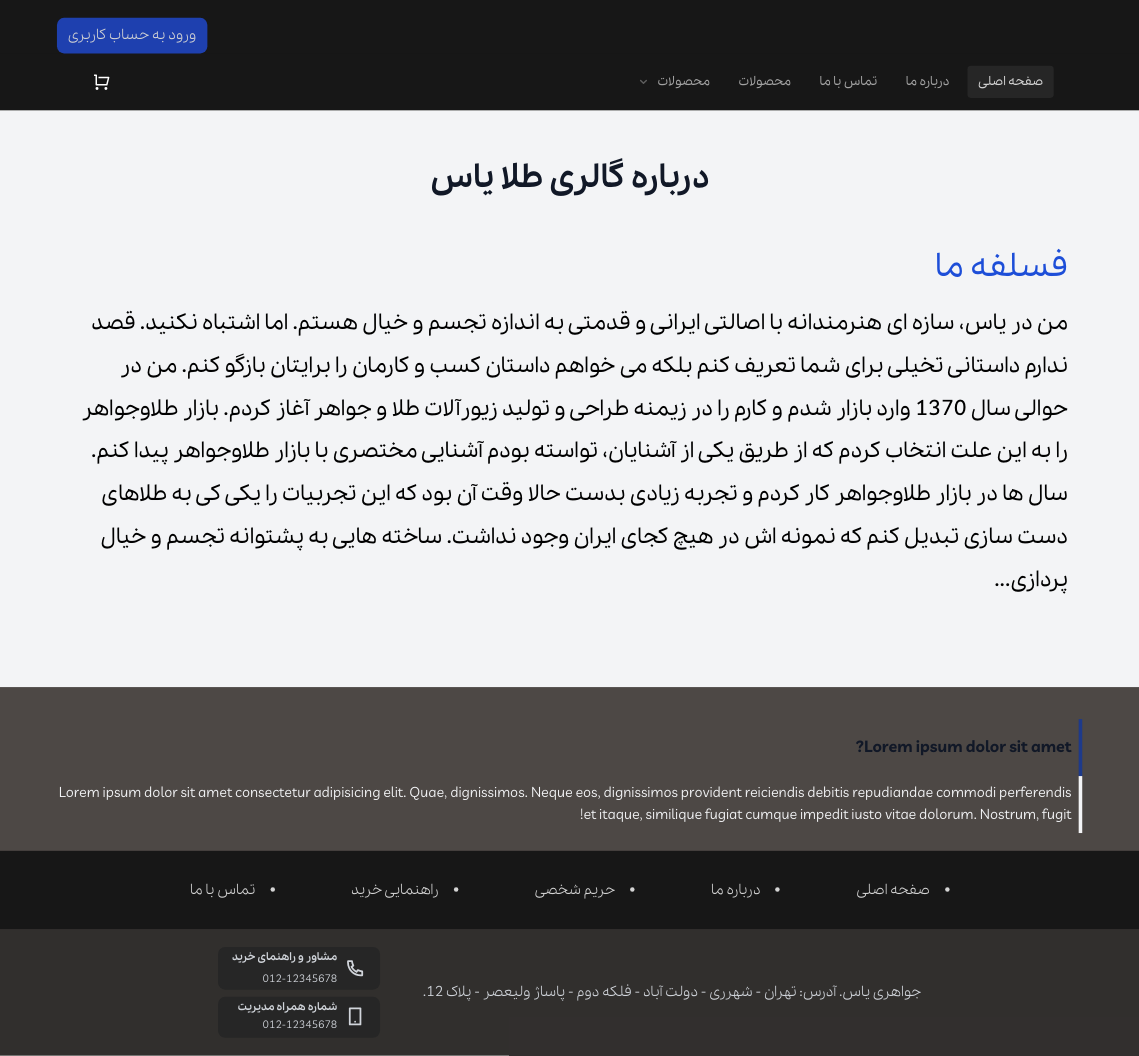
Repository: aliakbarmotallebi/yasgoldgallery-ui
Page: /about
An editor plug-in stored every save of this project. The page is shown before and after the next save, followed by the edit.
The browser window is 1280 px wide. The pictures show the whole page, at 89% of full size.
The project was rebuilt for these pictures with package versions that can differ from the ones it lists, and the page was loaded fresh each time. Also part of the build but not shown: src/components/Brands.jsx, src/components/GridImages.js, src/components/SpecialComments.jsx, src/components/CardProduct.jsx, src/components/SpecialProducts.jsx, src/components/SuggestedProducts.jsx, src/pages/HomePage.jsx, src/pages/NotFound.jsx and 4 more.

Above is the page before, as saved 2023-01-16 12:20:09.

### public/index.html
<!DOCTYPE html>
<html lang="en" dir="rtl">
  <head>
    <meta charset="utf-8" />
    <link rel="icon" href="%PUBLIC_URL%/favicon.ico" />
    <meta name="viewport" content="width=device-width, initial-scale=1" />
    <meta name="theme-color" content="#000000" />
    <meta
      name="description"
      content="Web site created using create-react-app"
    />
    <link rel="apple-touch-icon" href="%PUBLIC_URL%/logo192.png" />
    <!--
      manifest.json provides metadata used when your web app is installed on a
      user's mobile device or desktop. See https://developers.google.com/web/fundamentals/web-app-manifest/
    -->
    <link rel="manifest" href="%PUBLIC_URL%/manifest.json" />
    <!--
      Notice the use of %PUBLIC_URL% in the tags above.
      It will be replaced with the URL of the `public` folder during the build.
      Only files inside the `public` folder can be referenced from the HTML.

      Unlike "/favicon.ico" or "favicon.ico", "%PUBLIC_URL%/favicon.ico" will
      work correctly both with client-side routing and a non-root public URL.
      Learn how to configure a non-root public URL by running `npm run build`.
    -->
    <title>گالری یاس</title>
  </head>
  <body>
    <noscript>You need to enable JavaScript to run this app.</noscript>
    <div id="root"></div>
    <!--
      This HTML file is a template.
      If you open it directly in the browser, you will see an empty page.

      You can add webfonts, meta tags, or analytics to this file.
      The build step will place the bundled scripts into the <body> tag.

      To begin the development, run `npm start` or `yarn start`.
      To create a production bundle, use `npm run build` or `yarn build`.
    -->
  </body>
</html>

### src/index.js
import React from 'react';
import ReactDOM from 'react-dom/client';
import './assets/styles/index.css';
import App from './App';

const root = ReactDOM.createRoot(document.getElementById('root'));
root.render(
  <React.StrictMode>
    <App />
  </React.StrictMode>
);

### src/assets/styles/index.css
@import "./fonts.css";
@tailwind base;
@tailwind components;
@tailwind utilities;


@layer base {
    body {
        @apply font-pelak;
    }
}

### src/App.js
import RouterFunction from "./Router";

function App() {
    //cart
    return (
        <RouterFunction />
    );
}
export default App;

### src/assets/styles/fonts.css
@font-face {
    /* Pelak Thin */
    font-family: "Pelak";
    font-style: normal;
    font-weight: 100;

    src:url('../fonts/pelak/eot/Pelak-Thin.eot'); /* IE9 Compat Modes */
    src:url('../fonts/pelak/eot/Pelak-Thin.eot?#iefix') format('embedded-opentype'), /* IE6-IE8 */
    url('../fonts/pelak/woff2/Pelak-Thin.woff2') format('woff2'), /* Super Modern Browsers */
    url('../fonts/pelak/woff/Pelak-Thin.woff') format('woff'), /* Pretty Modern Browsers */
    url('../fonts/pelak/ttf/Pelak-Thin.ttf') format('truetype'), /* Safari, Android, iOS */
    url('../fonts/pelak/otf/Pelak-Thin.otf') format('opentype');
}

@font-face {
    /* Pelak Light */
    font-family: "Pelak";
    font-style: normal;
    font-weight: 200;

    src:url('../fonts/pelak/eot/Pelak-light.eot');
    src:url('../fonts/pelak/eot/Pelak-light.eot') format('embedded-opentype'),
    url('../fonts/pelak/woff2/Pelak-light.woff2') format('woff2'),
    url('../fonts/pelak/woff/Pelak-light.woff') format('woff'),
    url('../fonts/pelak/ttf/Pelak-light.ttf') format('truetype'),
    url('../fonts/pelak/otf/Pelak-light.otf') format('opentype');
}

@font-face {
    /* Pelak Regular */
    font-family: "Pelak";
    font-style: normal;
    font-weight: 400;

    src:url('../fonts/pelak/eot/Pelak-Regular.eot');
    src:url('../fonts/pelak/eot/Pelak-Regular.eot') format('embedded-opentype'),
    url('../fonts/pelak/woff2/Pelak-Regular.woff2') format('woff2'),
    url('../fonts/pelak/woff/Pelak-Regular.woff') format('woff'),
    url('../fonts/pelak/ttf/Pelak-Regular.ttf') format('truetype'),
    url('../fonts/pelak/otf/Pelak-Regular.otf') format('opentype');
}

@font-face {
    /* Pelak Medium */
    font-family: "Pelak";
    font-style: normal;
    font-weight: 500;

    src:url('../fonts/pelak/eot/Pelak-Medium.eot');
    src:url('../fonts/pelak/eot/Pelak-Medium.eot') format('embedded-opentype'),
    url('../fonts/pelak/woff2/Pelak-Medium.woff2') format('woff2'),
    url('../fonts/pelak/woff/Pelak-Medium.woff') format('woff'),
    url('../fonts/pelak/ttf/Pelak-Medium.ttf') format('truetype'),
    url('../fonts/pelak/otf/Pelak-Medium.otf') format('opentype');
}

@font-face {
    /* Pelak Semi-Bold */
    font-family: "Pelak";
    font-style: normal;
    font-weight: 600;

    src:url('../fonts/pelak/eot/Pelak-SemiBold.eot');
    src:url('../fonts/pelak/eot/Pelak-SemiBold.eot') format('embedded-opentype'),
    url('../fonts/pelak/woff2/Pelak-SemiBold.woff2') format('woff2'),
    url('../fonts/pelak/woff/Pelak-SemiBold.woff') format('woff'),
    url('../fonts/pelak/ttf/Pelak-SemiBold.ttf') format('truetype'),
    url('../fonts/pelak/otf/Pelak-SemiBold.otf') format('opentype');
}

@font-face {
    /* Pelak Bold */
    font-family: "Pelak";
    font-style: normal;
    font-weight: 700;

    src:url('../fonts/pelak/eot/Pelak-Bold.eot');
    src:url('../fonts/pelak/eot/Pelak-Bold.eot') format('embedded-opentype'),
    url('../fonts/pelak/woff2/Pelak-Bold.woff2') format('woff2'),
    url('../fonts/pelak/woff/Pelak-Bold.woff') format('woff'),
    url('../fonts/pelak/ttf/Pelak-Bold.ttf') format('truetype'),
    url('../fonts/pelak/otf/Pelak-Bold.otf') format('opentype');
}

@font-face {
    /* Pelak Extra-Bold */
    font-family: "Pelak";
    font-style: normal;
    font-weight: 800;

    src:url('../fonts/pelak/eot/Pelak-ExtraBold.eot');
    src:url('../fonts/pelak/eot/Pelak-ExtraBold.eot') format('embedded-opentype'),
    url('../fonts/pelak/woff2/Pelak-ExtraBold.woff2') format('woff2'),
    url('../fonts/pelak/woff/Pelak-ExtraBold.woff') format('woff'),
    url('../fonts/pelak/ttf/Pelak-ExtraBold.ttf') format('truetype'),
    url('../fonts/pelak/otf/Pelak-ExtraBold.otf') format('opentype');
}

@font-face {
    /* Pelak Black */
    font-family: "Pelak";
    font-style: normal;
    font-weight: 900;

    src:url('../fonts/pelak/eot/Pelak-Black.eot');
    src:url('../fonts/pelak/eot/Pelak-Black.eot') format('embedded-opentype'),
    url('../fonts/pelak/woff2/Pelak-Black.woff2') format('woff2'),
    url('../fonts/pelak/woff/Pelak-Black.woff') format('woff'),
    url('../fonts/pelak/ttf/Pelak-Black.ttf') format('truetype'),
    url('../fonts/pelak/otf/Pelak-Black.otf') format('opentype');
}

### src/components/Layout.jsx
import Footer from "./Footer";
import Header from "./Header";

const Layout = ({children}) => {
    return (
        <>
            <div
                className="flex flex-col mx-auto w-full min-h-screen bg-[#4d4845] text-neutral-300">
                <Header />
                <main className="flex-grow">
                    {children}
                </main>
                <Footer />
            </div>
        </>
    );
}
export default Layout;

### src/pages/AboutPage.jsx
const AboutPage = () => {
    return (
        <>
            <div className="bg-gray-100 px-4 xl:px-4 py-14">
                <div className="mx-auto container text-center">
                     <h2 className="text-4xl font-bold text-gray-900">
                         درباره گالری طلا یاس
                     </h2>
                </div>

                <div className="text-2xl text-black tracking-normal px-16 py-10 font-medium leading-loose">
                    <h3 className="font-medium text-4xl py-5 text-blue-700">
                        فسلفه ما
                    </h3>

                    من در یاس، سازه ای هنرمندانه با اصالتی ایرانی و قدمتی به اندازه تجسم و خیال هستم. اما اشتباه نکنید.
                    قصد ندارم داستانی تخیلی برای شما تعریف کنم بلکه می خواهم داستان کسب و کارمان را برایتان بازگو کنم.
                     من در حوالی سال 1370 وارد بازار شدم و کارم را در زیمنه طراحی و تولید زیورآلات طلا و جواهر آغاز کردم.
                     بازار طلاوجواهر را به این علت انتخاب کردم که از طریق یکی از آشنایان، تواسته بودم آشنایی مختصری با بازار طلاوجواهر پیدا کنم.
                     سال ها در بازار طلاوجواهر کار کردم و تجربه زیادی بدست
                     حالا وقت آن بود که این تجربیات را یکی کی به طلاهای دست سازی تبدیل کنم که نمونه اش در هیچ کجای ایران وجود نداشت.
                     ساخته هایی به پشتوانه تجسم و خیال پردازی...

                </div>
            </div>

            <div class="space-y-12 px-2 xl:px-16 py-5">
                <div class="mt-4 flex gap-2">
                    <div>
                        <div class="flex items-center h-16 border-l-4 border-blue-900"></div>
                        <div class="flex items-center h-16 border-l-4 border-gray-100"></div>
                    </div>
                    <div>
                        <div class="flex items-center h-16">
                            <span class="text-lg text-gray-900 font-bold">Lorem ipsum dolor sit amet?</span>
                        </div>
                        <div class="flex items-center py-2">
                            <span class="text-gray-100">Lorem ipsum dolor sit amet consectetur adipisicing elit. Quae, dignissimos. Neque eos, dignissimos provident reiciendis debitis repudiandae commodi perferendis et itaque, similique fugiat cumque impedit iusto vitae dolorum. Nostrum, fugit!</span>

                        </div>
                    </div>
                </div>

            </div>
        </>
    );
}

export default AboutPage;

### src/components/Footer.jsx
const Footer = () => {
    return (
        <>
            <footer>
                <div className="bg-neutral-900">
                    <div className="md:w-10/12 lg:w-8/12 m-auto py-8">
                        <ul class="flex flex-wrap items-center justify-between md:flex-nowrap list-disc list-inside">
                            <li>
                                <a href="#" class="hover:text-sky-400 transition whitespace-nowrap">صفحه اصلی</a>
                            </li>
                            <li>
                                <a href="#" class="hover:text-sky-400 transition whitespace-nowrap">
                                    درباره ما
                                </a>
                            </li>
                            <li>
                                <a href="#" class="hover:text-sky-400 transition whitespace-nowrap">
                                    حریم شخصی
                                </a>
                            </li>
                            <li>
                                <a href="#" class="hover:text-sky-400 transition whitespace-nowrap">
                                    راهنمایی خرید
                                </a>
                            </li>
                            <li>
                                <a href="#" class="hover:text-sky-400 transition whitespace-nowrap">تماس با ما</a>
                            </li>
                        </ul>
                    </div>
                </div>

                <div className="bg-neutral-900/50">
                    <div>
                        <div class="flex flex-wrap items-center justify-between md:flex-nowrap">
                            <div class="w-full space-x-12 items-center space-x-reverse flex justify-center text-gray-300 py-5">
                                <div>
                                    جواهری یاس. آدرس: تهران - شهرری - دولت آباد - فلکه دوم - پاساژ ولیعصر - پلاک 12.
                                </div>

                                <ul role="list" class="space-y-2">
                                    <li className="bg-neutral-800 rounded-lg px-4 py-1">
                                        <div className="inline-flex items-center space-x-2 space-x-reverse">
                                            <svg xmlns="http://www.w3.org/2000/svg" class="fill-current" viewBox="0 0 24 24" width="24" height="24"><path fill="none" d="M0 0h24v24H0z" /><path d="M9.366 10.682a10.556 10.556 0 0 0 3.952 3.952l.884-1.238a1 1 0 0 1 1.294-.296 11.422 11.422 0 0 0 4.583 1.364 1 1 0 0 1 .921.997v4.462a1 1 0 0 1-.898.995c-.53.055-1.064.082-1.602.082C9.94 21 3 14.06 3 5.5c0-.538.027-1.072.082-1.602A1 1 0 0 1 4.077 3h4.462a1 1 0 0 1 .997.921A11.422 11.422 0 0 0 10.9 8.504a1 1 0 0 1-.296 1.294l-1.238.884zm-2.522-.657l1.9-1.357A13.41 13.41 0 0 1 7.647 5H5.01c-.006.166-.009.333-.009.5C5 12.956 11.044 19 18.5 19c.167 0 .334-.003.5-.01v-2.637a13.41 13.41 0 0 1-3.668-1.097l-1.357 1.9a12.442 12.442 0 0 1-1.588-.75l-.058-.033a12.556 12.556 0 0 1-4.702-4.702l-.033-.058a12.442 12.442 0 0 1-.75-1.588z" /></svg>
                                            <div className="text-xs text-white-200">
                                                <div className="font-bold mb-2">
                                                    مشاور و راهنمای خرید
                                                </div>
                                                012-12345678
                                            </div>
                                        </div>
                                    </li>
                                    <li className="bg-neutral-800 rounded-lg px-4 py-1">
                                        <div className="inline-flex items-center space-x-2 space-x-reverse">
                                            <svg xmlns="http://www.w3.org/2000/svg" class="fill-current" viewBox="0 0 24 24" width="24" height="24"><path fill="none" d="M0 0h24v24H0z" /><path d="M7 4v16h10V4H7zM6 2h12a1 1 0 0 1 1 1v18a1 1 0 0 1-1 1H6a1 1 0 0 1-1-1V3a1 1 0 0 1 1-1zm6 15a1 1 0 1 1 0 2 1 1 0 0 1 0-2z" /></svg>
                                            <div className="text-xs text-white-200">
                                                <div className="font-bold mb-1">
                                                    شماره همراه مدیریت
                                                </div>
                                                012-12345678
                                            </div>
                                        </div>
                                    </li>
                                </ul>
                            </div>
                        </div>
                    </div>
                </div>

            </footer>
        </>
        );
    };
export default Footer;

### src/components/Header.jsx
import React, { useState } from "react";
import { Link } from "react-router-dom";
import Modal from "./Modal";

const Header = ({ children }) => {
  const [showModal, setShowModal] = useState(false);

  const openModal = () => {
    setShowModal((prev) => !prev);
  };

  return (
    <>
      <div className="bg-neutral-900 w-full">
        <div className="flex justify-between container xl:max-w-6xl mx-auto pt-5 flex-none items-center">
          <div className="w-8 h-5"></div>

          <div>
            <button
              onClick={openModal}
              className="inline-flex rounded-lg bg-blue-800 px-3 py-2"
            >
              ورود به حساب کاربری
            </button>
            <Modal
              showModal={showModal}
              setShowModal={setShowModal}
              title="ورود به حساب کاربری"
            >
              <div class="px-8 py-5 text-right text-gray-900">
              <div class="flex justify-center">

              <svg xmlns="http://www.w3.org/2000/svg" class="w-20 h-20 fill-blue-600" viewBox="0 0 24 24" width="24" height="24"><path fill="none" d="M0 0h24v24H0z"/><path d="M10 11V8l5 4-5 4v-3H1v-2h9zm-7.542 4h2.124A8.003 8.003 0 0 0 20 12 8 8 0 0 0 4.582 9H2.458C3.732 4.943 7.522 2 12 2c5.523 0 10 4.477 10 10s-4.477 10-10 10c-4.478 0-8.268-2.943-9.542-7z"/></svg>

        </div>
                <h3 class="text-2xl font-bold text-center">
                ورود به حساب کاربری
                </h3>

                <div class="mt-4">
                  <div>
                    <label class="block" for="email">
                      نام کاربری
                    </label>
                    <input
                      type="text"
                      class="w-full px-4 py-2 mt-2 border rounded-md focus:outline-none focus:ring-1 focus:ring-blue-600"
                    />
                  </div>
                  <div class="mt-4">
                    <label class="block">
                      گذرواژه
                    </label>
                    <input
                      type="password"
                      class="w-full px-4 py-2 mt-2 border rounded-md focus:outline-none focus:ring-1 focus:ring-blue-600"
                    />
                  </div>
                  <div class="flex items-baseline justify-between">
                    <button class="px-6 py-2 mt-4 text-white bg-blue-600 rounded-lg hover:bg-blue-900">
                      ورود به حساب
                    </button>
                    <button onClick={openModal} class="text-sm text-gray-700 underline">
                      انصراف
                    </button>
                  </div>
                </div>
              </div>
            </Modal>
          </div>
        </div>
        <header className="flex flex-none items-center h-16 bg-neutral-900 shadow-sm top-0 right-0 left-0 z-30">
          <div className="flex justify-between container xl:max-w-6xl mx-auto px-4 lg:px-8">
            <div class="flex items-center space-x-2 space-x-reverse">
              <nav className="hidden lg:flex lg:items-center lg:space-x-2 text-sm lg:space-x-reverse">
                <a
                  href="/"
                  className="font-medium flex items-center space-x-2 px-3 py-2 rounded text-neutral-300 bg-neutral-800"
                >
                  صفحه اصلی
                </a>
                <a
                  href="/about"
                  className="font-medium flex items-center space-x-2 px-3 py-2 rounded text-neutral-400 hover:text-neutral-300 hover:bg-neutral-800"
                >
                  درباره ما
                </a>
                <a
                  href="javascript:void(0)"
                  className="font-medium flex items-center space-x-2 px-3 py-2 rounded text-neutral-400 hover:text-neutral-300 hover:bg-neutral-800"
                >
                  تماس با ما
                </a>
                <a
                  href="/products"
                  className="font-medium flex items-center space-x-2 px-3 py-2 rounded text-neutral-400 hover:text-neutral-300 hover:bg-neutral-800"
                >
                  محصولات
                </a>
                <button
                  type="button"
                  class="text-sm font-medium inline-flex justify-center items-center space-x-2 space-x-reverse px-3 py-2 rounded text-neutral-400 hover:text-neutral-300 hover:bg-neutral-800 focus:outline-none focus:ring"
                  id="tk-dropdown-layouts-user"
                >
                  <span>محصولات</span>
                  <svg
                    class="hi-solid hi-chevron-down inline-block w-4 h-4 opacity-50"
                    fill="currentColor"
                    viewBox="0 0 20 20"
                    xmlns="http://www.w3.org/2000/svg"
                  >
                    <path
                      fill-rule="evenodd"
                      d="M5.293 7.293a1 1 0 011.414 0L10 10.586l3.293-3.293a1 1 0 111.414 1.414l-4 4a1 1 0 01-1.414 0l-4-4a1 1 0 010-1.414z"
                      clip-rule="evenodd"
                    ></path>
                  </svg>
                </button>
              </nav>
            </div>

            <div>
              <div class="relative inline-block">
                <button class="py-2 rounded px-2 hover:bg-white/20 transition duration-200 text-white">
                  <svg
                    xmlns="http://www.w3.org/2000/svg"
                    class="w-5 h-5 fill-current"
                    viewBox="0 0 24 24"
                    width="24"
                    height="24"
                  >
                    <path fill="none" d="M0 0h24v24H0z" />
                    <path d="M4 16V4H2V2h3a1 1 0 0 1 1 1v12h12.438l2-8H8V5h13.72a1 1 0 0 1 .97 1.243l-2.5 10a1 1 0 0 1-.97.757H5a1 1 0 0 1-1-1zm2 7a2 2 0 1 1 0-4 2 2 0 0 1 0 4zm12 0a2 2 0 1 1 0-4 2 2 0 0 1 0 4z" />
                  </svg>
                </button>
              </div>
            </div>
          </div>
        </header>
      </div>
    </>
  );
};

export default Header;

### src/components/Modal.jsx
import React, { useRef, useEffect, useCallback } from "react";

const Modal = ({ title, showModal, setShowModal, children }) => {
  const keyPress = useCallback(
    (e) => {
      if (e.key === "Escape" && showModal) {
        setShowModal(false);
        console.log("I pressed");
      }
    },
    [setShowModal, showModal]
  );

  useEffect(() => {
    document.addEventListener("keydown", keyPress);
    return () => document.removeEventListener("keydown", keyPress);
  }, [keyPress]);

  return (
    <>
      {showModal ? (
        <div onClick={() => setShowModal(false) }className="fixed top-0 left-0 right-0 z-50 w-full p-4 overflow-x-hidden overflow-y-auto md:inset-0 h-modal md:h-full bg-black/90">
          <div className="flex justify-center items-center h-full">
            <div className="relative w-full h-full max-w-2xl md:h-auto">
              <div className="relative bg-white rounded-lg shadow dark:bg-gray-700">
                <div className="p-6 space-y-6">{children}</div>
              </div>
            </div>
          </div>
        </div>
      ) : null}
    </>
  );
};

export default Modal;

### tailwind.config.js
/** @type {import('tailwindcss').Config} */

module.exports = {
  content: [
    "./src/**/*.{js,jsx,ts,tsx}",
  ],
  theme: {
    extend: {
      fontFamily: {
        'pelak': ['Pelak'],
      }
    }
  },
  plugins: [],
}

Loaded but not shown: src/Router.js (25 lines, source omitted)

After the next save:
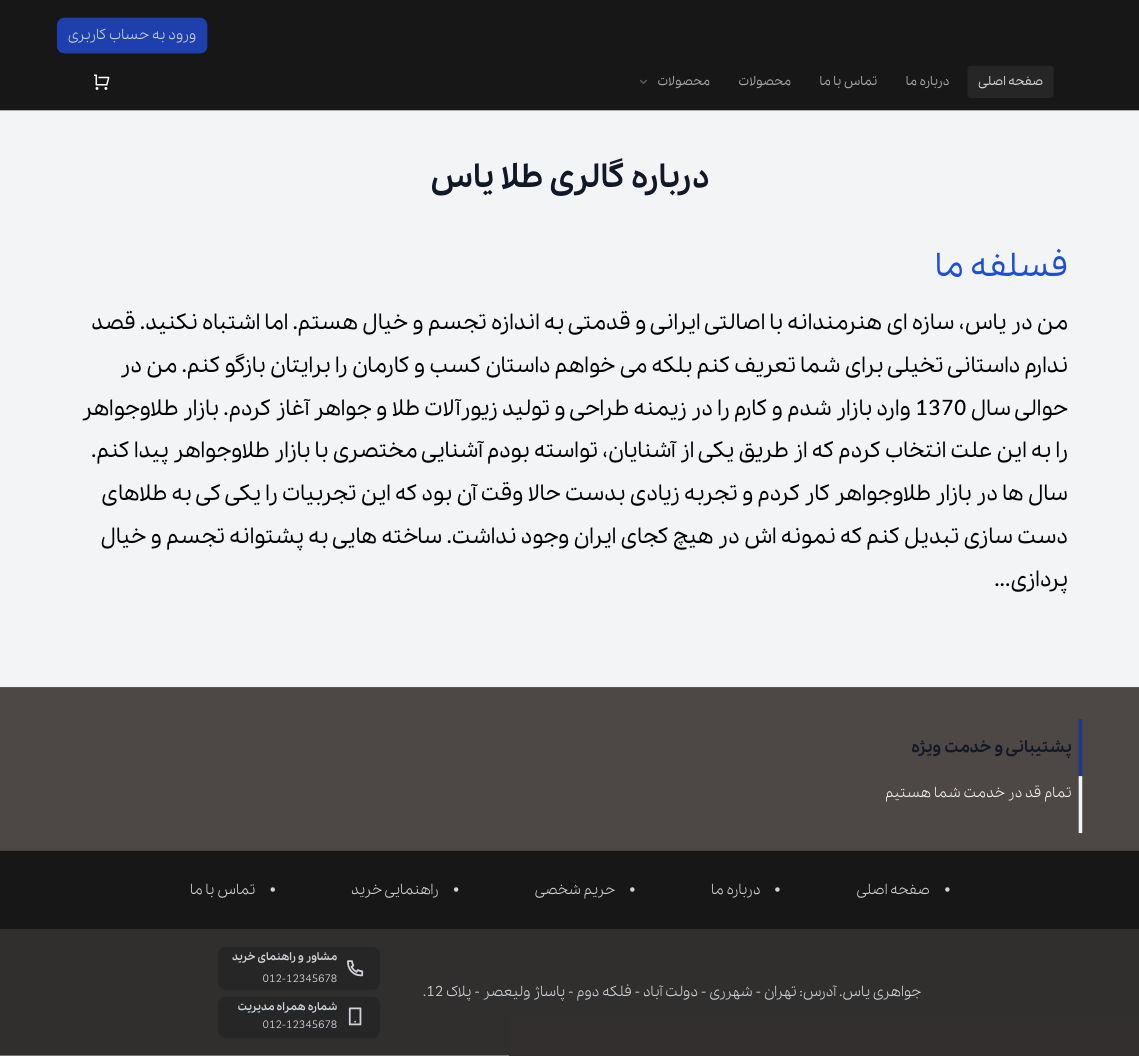
Saved 56 s later.
--- a/src/pages/AboutPage.jsx
+++ b/src/pages/AboutPage.jsx
@@ -32,11 +32,14 @@ const AboutPage = () => {
                     </div>
                     <div>
                         <div class="flex items-center h-16">
-                            <span class="text-lg text-gray-900 font-bold">Lorem ipsum dolor sit amet?</span>
+                            <span class="text-lg text-gray-900 font-bold">
+                                پشتیبانی و خدمت ویژه
+                            </span>
                         </div>
                         <div class="flex items-center py-2">
-                            <span class="text-gray-100">Lorem ipsum dolor sit amet consectetur adipisicing elit. Quae, dignissimos. Neque eos, dignissimos provident reiciendis debitis repudiandae commodi perferendis et itaque, similique fugiat cumque impedit iusto vitae dolorum. Nostrum, fugit!</span>
-
+                            <span class="text-gray-100">
+                            تمام قد در خدمت شما هستیم
+                            </span>
                         </div>
                     </div>
                 </div>
